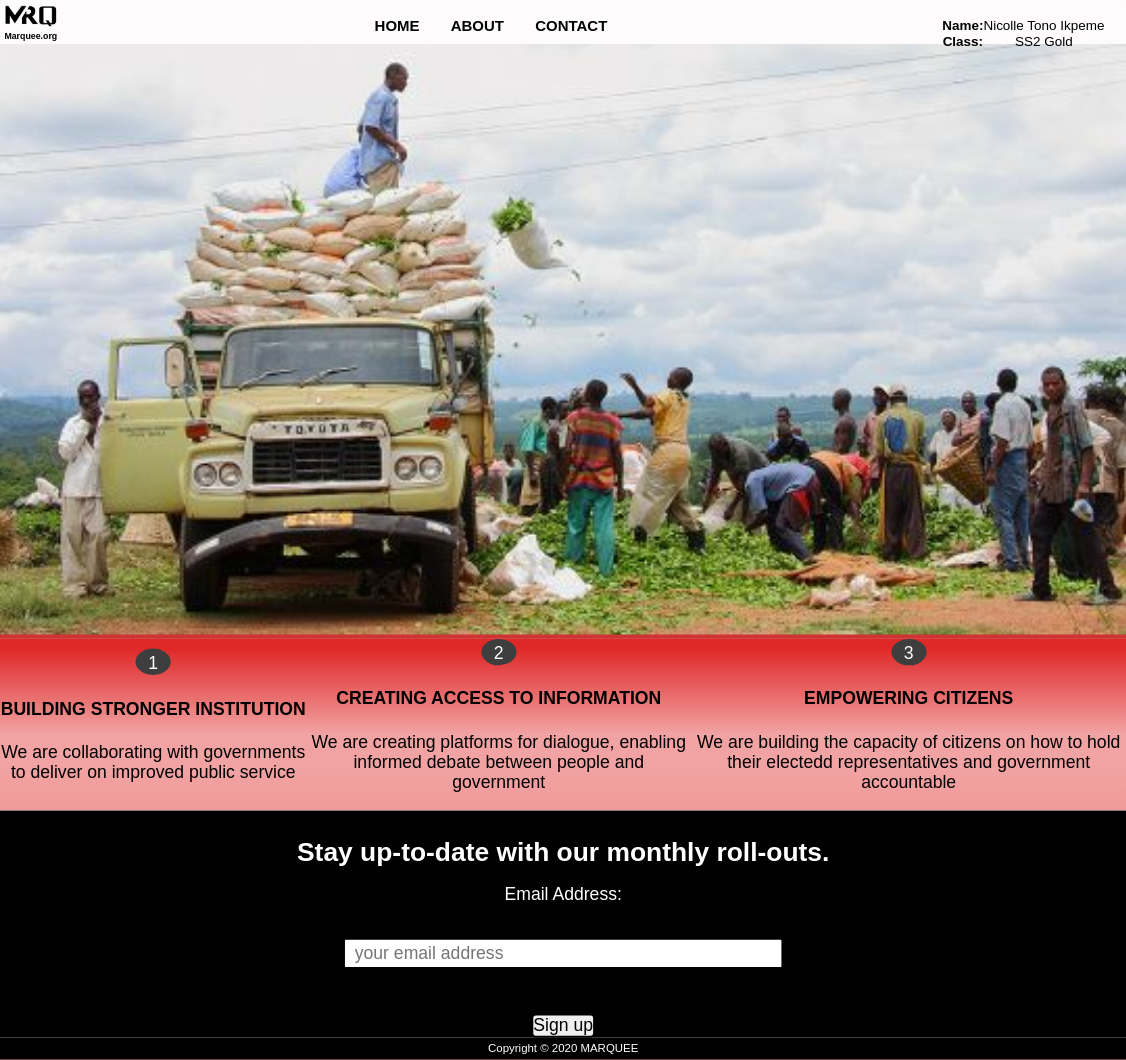
Repository: pboi18/Marquee.org
Page: home.html
The author's editor kept a copy of each file at every save. The page is drawn from the files as they stood at one save, then again after the next save.
The browser window is 1280 px wide. The pictures show the whole page, at 88% of full size.

Above is the page before, as saved 2020-07-11 23:19:09.

### home.html
<!DOCTYPE html>
<html>
    <head>
        <meta charset="utf-8">
        <link rel="icon" type="image/png" sizes="16x16" href="img/logo.png">
        <title>Marquee</title>

        <link rel="stylesheet" href="style.css" >
        <link rel="stylesheet" href="normalize.css">
        <link rel="stylesheet" href="Grid.css">


    </head>

    <body>
        <div class="main">
            <header>
                <nav>
                    <div class="navbar">
                        <div class="logo">
                            <img src="img/logo2.jpg" alt="MARQUEE" style="width: 60px; height: 25px;">
                            <p style="font-weight:bold; font-size: x-small; margin: 0px;">Marquee.org</p>
                        </div>



                        <ul class="main-nav">
                            <li>
                                <a href="home.html">
                                    Home
                                </a>
                            </li>

                            <li>
                                <a href="about.html">
                                    ABOUT
                                </a>
                            </li>

                            <li>
                                <a href="contact.html">
                                    CONTACT
                                </a>
                            </li>

                            <li style="float: right;">
                                <table class="id">
                                    <tr>
                                        <th>Name:</th>
                                        <td> Nicolle Tono Ikpeme</td>
                                    </tr>

                                    <tr>
                                        <th>Class:</th>
                                        <td> SS2 Gold</td>
                                    </tr>

                                </table>
                            </li>

                        </ul>

                        </div>
                </nav>

                <div style="background-color: rgb(206, 52, 52)">
                    <img src="img/home.jpg" alt="Farmers" style="width: 100%; margin: 0px; height: 100%;">
                </div>

                <table class="wup">
                    <tr>
                        <td style="width: auto;" class="span-1-of-3">
                            <div class="cover">
                                <p class="numb">1</p>
                                <h4 style="text-align: center;  ;">BUILDING STRONGER INSTITUTION</h4>
                                <p style="text-align: center; font-size: 20px; ">We are collaborating with governments to deliver on improved public service</p>
                            </div>
                        </td>

                        <td style="width: auto;" class="span-1-of-3">
                            <div class="cover">
                                <p class="numb">2</p>
                                <h4 style="text-align: center;">CREATING ACCESS TO INFORMATION</h4>
                                <p style="text-align: center; font-size: 20px;">We are creating platforms for dialogue, enabling informed debate between people and government</p>
                            </div>
                        </td>

                        <td style="width: auto;" class="span-1-of-3">
                            <div class="cover">
                                <p class="numb">3</p>
                                <h4 style="text-align: center;">EMPOWERING CITIZENS</h4>
                                <p style="text-align: center; font-size: 20px;">We are building the capacity of citizens on how to hold their electedd representatives and government accountable</p>
                            </div>
                        </td>
                    </tr>
                </table>
            </header>

            <section>
                <div class="sec">
                    <h2 style="color: white; padding-top: 30px; padding-bottom: 10px; margin: 0;">Stay up-to-date with our monthly roll-outs.</h2>

                    <form style="text-align: center;">
                    <label style="color: white;">Email Address:</label><br>
                    <input type="email" name="email" placeholder="  your email address" style=" width: 500px; border-radius: 3px; margin: 5px auto;" required><br><br>
                    <button type="submit" value="SIGN UP" name="sign up">Sign up</button>
                    </form>
                </div>
            </section>
        </div>

        <footer>
            <P style="color: white; text-align: center; margin: auto; font-size: small; padding: 5px;">
                Copyright &copy; 2020 MARQUEE
            </P>
        </footer>
    </body>
</html>

### style.css
* {
    margin: o;
    padding: 0;
    box-sizing: border-box;
}

html {
    background-color: #fff;
    max-width: 100%;
    font-size: 20px;
    font-weight: 300;
    font-family: Arial, Helvetica, sans-serif;
    text-rendering: optimizeLegibility;
}



h1 {
    margin: 0;
}

label {
    display: block;
    padding: 10px;
}

input {
    display: block;
    width: 100%;
    height: 35px;
    border-radius: 5px;
    border: 2px #000 solid;
}

button {
    border-radius: 5px;
    border: 2px #000 solid;
}

textarea {
    display: block;
    height: 100px;
    width: 100%;
    border: 2px #000 solid;
    border-radius: 5px;
}
/* header {
    background-image: linear-gradient( rgba(0, 0, 0, 0.4), rgba(0, 0, 0, 0.4)), url(img/home.jpg);
    height: 100vh;
    background-size: cover;
    background-position: center;
} */


.logo {
    height: 40px;
    width: 60px;
    float: left;
    margin: 5px;
}

.main-nav {
    list-style: none;
    margin: auto;
    margin-top: 10px;
    text-align: center;


}

.main-nav li {
    display: inline-block;
    margin: 10px 15px;
    font-size: 85%;

}

.main-nav li a:link,
.main-nav li a:visited {
    color: #000;
    text-decoration: none;
    text-transform: uppercase;
    font-weight: bold;
    padding: 3px 0px;
    border-bottom: 3px solid transparent;
    transition: border-bottom 0.2s;
}

.main-nav li a:hover,
.main-nav li a:active {
    border-bottom: 3px solid rgb(158, 0, 0);
}
.id {
    display: inline;
    padding: 10px;
    font-size: 90%;
}

.navbar {
    height: 50px;
    width: 100%;
    display: inline-block;
    border-radius: 2px;
    box-shadow: 0px 3px -1px 2px rgb(190, 189, 189);
    position: fixed;
    background-color: rgb(253, 251, 251);
}

.navbar2 {
    height: 60px;
    width: 100%;
    display: inline-block;
    border-radius: 2px;
    box-shadow: 1px 1px 3px 2px rgb(20, 20, 20);
    /* position: fixed; */
    background-color: rgb(253, 251, 251);
}

.numb {
    border: solid 5px rgb(63, 62, 62);
    text-align: center;
    width: 40px;
    height: 30px;
    align-self: center;
    border-radius: 50%;
    margin: auto;
    background-color: rgb(63, 62, 62);
    color: white;
}
.wup {
    padding-top: 10px;

    background: linear-gradient(180deg, #DF2828 5.21%, rgba(223, 40, 40, 0.427083) 55.73%, rgba(223, 40, 40, 0.427083) 64.06%, rgba(223, 40, 40, 0.427083) 73.44%, rgba(222, 17, 17, 0.427083) 100%, rgba(170, 77, 77, 0) 100%);
}

.cover {
    border-radius: 5px;
    margin: auto;
}

.sec {
    background-color: black;
    width: 100%;
    text-align: center;
    margin-bottom: 20px #000;
}



main {
    margin: auto;
    margin-bottom: 30px;
}

.con {
    width: 90%;
    margin: auto;
    margin-bottom: 50px;
}
.contact {
    text-align: center;
    margin: auto;
    margin-bottom: 50px;
}
.image {
    width: 550px;
    height: 500px;
    float: left;
}

.form2 {
    float: right;
    text-align: left;
    font-size: 85%;
    font-weight: bold;
}

footer {
    background-color: #000;
}

### Grid.css

/*  SECTIONS  ============================================================================= */

.section {
	clear: both;
	padding: 0px;
	margin: 0px;
}

/*  GROUPING  ============================================================================= */

.row {
    zoom: 1; /* For IE 6/7 (trigger hasLayout) */
}

.row:before,
.row:after {
    content:"";
    display:table;
}
.row:after {
    clear:both;
}

/*  GRID COLUMN SETUP   ==================================================================== */

.col {
	display: block;
	float:left;
	margin: 1% 0 1% 1.6%;
}

.col:first-child { margin-left: 0; } /* all browsers except IE6 and lower */


/*  REMOVE MARGINS AS ALL GO FULL WIDTH AT 480 PIXELS */

@media only screen and (max-width: 480px) {
	.col {
		/*margin: 1% 0 1% 0%;*/
        margin: 0;
	}
}


/*  GRID OF TWO   ============================================================================= */


.span-2-of-2 {
	width: 100%;
}

.span-1-of-2 {
	width: 49.2%;
}

/*  GO FULL WIDTH AT LESS THAN 480 PIXELS */

@media only screen and (max-width: 480px) {
	.span-2-of-2 {
		width: 100%;
	}
	.span-1-of-2 {
		width: 100%;
	}
}


/*  GRID OF THREE   ============================================================================= */


.span-3-of-3 {
	width: 100%;
}

.span-2-of-3 {
	width: 66.13%;
}

.span-1-of-3 {
	width: 32.26%;
}


/*  GO FULL WIDTH AT LESS THAN 480 PIXELS */

@media only screen and (max-width: 480px) {
	.span-3-of-3 {
		width: 100%;
	}
	.span-2-of-3 {
		width: 100%;
	}
	.span-1-of-3 {
		width: 100%;
	}
}

/*  GRID OF FOUR   ============================================================================= */


.span-4-of-4 {
	width: 100%;
}

.span-3-of-4 {
	width: 74.6%;
}

.span-2-of-4 {
	width: 49.2%;
}

.span-1-of-4 {
	width: 23.8%;
}


/*  GO FULL WIDTH AT LESS THAN 480 PIXELS */

@media only screen and (max-width: 480px) {
	.span-4-of-4 {
		width: 100%;
	}
	.span-3-of-4 {
		width: 100%;
	}
	.span-2-of-4 {
		width: 100%;
	}
	.span-1-of-4 {
		width: 100%;
	}
}


/*  GRID OF FIVE   ============================================================================= */


.span-5-of-5 {
	width: 100%;
}

.span-4-of-5 {
  	width: 79.68%;
}

.span-3-of-5 {
  	width: 59.36%;
}

.span-2-of-5 {
  	width: 39.04%;
}

.span-1-of-5 {
  	width: 18.72%;
}


/*  GO FULL WIDTH AT LESS THAN 480 PIXELS */

@media only screen and (max-width: 480px) {
	.span-5-of-5 {
		width: 100%;
	}
	.span-4-of-5 {
		width: 100%;
	}
	.span-3-of-5 {
		width: 100%;
	}
	.span-2-of-5 {
		width: 100%;
	}
	.span-1-of-5 {
		width: 100%;
	}
}


/*  GRID OF SIX   ============================================================================= */


.span-6-of-6 {
	width: 100%;
}

.span-5-of-6 {
  	width: 83.06%;
}

.span-4-of-6 {
  	width: 66.13%;
}

.span-3-of-6 {
  	width: 49.2%;
}

.span-2-of-6 {
  	width: 32.26%;
}

.span-1-of-6 {
  	width: 15.33%;
}


/*  GO FULL WIDTH AT LESS THAN 480 PIXELS */

@media only screen and (max-width: 480px) {
	.span-6-of-6 {
		width: 100%;
	}
	.span-5-of-6 {
		width: 100%;
	}
	.span-4-of-6 {
		width: 100%;
	}
	.span-3-of-6 {
		width: 100%;
	}
	.span-2-of-6 {
		width: 100%;
	}
	.span-1-of-6 {
		width: 100%;
	}
}



/*  GRID OF SEVEN   ============================================================================= */


.span-7-of-7 {
	width: 100%;
}

.span-6-of-7 {
	width: 85.48%;
}

.span-5-of-7 {
  	width: 70.97%;
}

.span-4-of-7 {
  	width: 56.45%;
}

.span-3-of-7 {
  	width: 41.94%;
}

.span-2-of-7 {
  	width: 27.42%;
}

.span-1-of-7 {
  	width: 12.91%;
}


/*  GO FULL WIDTH AT LESS THAN 480 PIXELS */

@media only screen and (max-width: 480px) {
	.span-7-of-7 {
		width: 100%;
	}
	.span-6-of-7 {
		width: 100%;
	}
	.span-5-of-7 {
		width: 100%;
	}
	.span-4-of-7 {
		width: 100%;
	}
	.span-3-of-7 {
		width: 100%;
	}
	.span-2-of-7 {
		width: 100%;
	}
	.span-1-of-7 {
		width: 100%;
	}
}


/*  GRID OF EIGHT   ============================================================================= */


.span-8-of-8 {
	width: 100%;
}

.span-7-of-8 {
	width: 87.3%;
}

.span-6-of-8 {
	width: 74.6%;
}

.span-5-of-8 {
	width: 61.9%;
}

.span-4-of-8 {
	width: 49.2%;
}

.span-3-of-8 {
	width: 36.5%;
}

.span-2-of-8 {
	width: 23.8%;
}

.span-1-of-8 {
	width: 11.1%;
}


/*  GO FULL WIDTH AT LESS THAN 480 PIXELS */

@media only screen and (max-width: 480px) {
	.span-8-of-8 {
		width: 100%;
	}
	.span-7-of-8 {
		width: 100%;
	}
	.span-6-of-8 {
		width: 100%;
	}
	.span-5-of-8 {
		width: 100%;
	}
	.span-4-of-8 {
		width: 100%;
	}
	.span-3-of-8 {
		width: 100%;
	}
	.span-2-of-8 {
		width: 100%;
	}
	.span-1-of-8 {
		width: 100%;
	}
}


/*  GRID OF NINE   ============================================================================= */


.span-9-of-9 {
	width: 100%;
}

.span-8-of-9 {
	width: 88.71%;
}

.span-7-of-9 {
	width: 77.42%;
}

.span-6-of-9 {
	width: 66.13%;
}

.span-5-of-9 {
	width: 54.84%;
}

.span-4-of-9 {
	width: 43.55%;
}

.span-3-of-9 {
	width: 32.26%;
}

.span-2-of-9 {
	width: 20.97%;
}

.span-1-of-9 {
	width: 9.68%;
}


/*  GO FULL WIDTH AT LESS THAN 480 PIXELS */

@media only screen and (max-width: 480px) {
	.span-9-of-9 {
		width: 100%;
	}
	.span-8-of-9 {
		width: 100%;
	}
	.span-7-of-9 {
		width: 100%;
	}
	.span-6-of-9 {
		width: 100%;
	}
	.span-5-of-9 {
		width: 100%;
	}
	.span-4-of-9 {
		width: 100%;
	}
	.span-3-of-9 {
		width: 100%;
	}
	.span-2-of-9 {
		width: 100%;
	}
	.span-1-of-9 {
		width: 100%;
	}
}


/*  GRID OF TEN   ============================================================================= */


.span-10-of-10 {
	width: 100%;
}

.span-9-of-10 {
	width: 89.84%;
}

.span-8-of-10 {
	width: 79.68%;
}

.span-7-of-10 {
	width: 69.52%;
}

.span-6-of-10 {
	width: 59.36%;
}

.span-5-of-10 {
	width: 49.2%;
}

.span-4-of-10 {
	width: 39.04%;
}

.span-3-of-10 {
	width: 28.88%;
}

.span-2-of-10 {
	width: 18.72%;
}

.span-1-of-10 {
	width: 8.56%;
}


/*  GO FULL WIDTH AT LESS THAN 480 PIXELS */

@media only screen and (max-width: 480px) {
	.span-10-of-10 {
		width: 100%;
	}
	.span-9-of-10 {
		width: 100%;
	}
	.span-8-of-10 {
		width: 100%;
	}
	.span-7-of-10 {
		width: 100%;
	}
	.span-6-of-10 {
		width: 100%;
	}
	.span-5-of-10 {
		width: 100%;
	}
	.span-4-of-10 {
		width: 100%;
	}
	.span-3-of-10 {
		width: 100%;
	}
	.span-2-of-10 {
		width: 100%;
	}
	.span-1-of-10 {
		width: 100%;
	}
}


/*  GRID OF ELEVEN   ============================================================================= */

.span-11-of-11 {
	width: 100%;
}

.span-10-of-11 {
	width: 90.76%;
}

.span-9-of-11 {
	width: 81.52%;
}

.span-8-of-11 {
	width: 72.29%;
}

.span-7-of-11 {
	width: 63.05%;
}

.span-6-of-11 {
	width: 53.81%;
}

.span-5-of-11 {
	width: 44.58%;
}

.span-4-of-11 {
	width: 35.34%;
}

.span-3-of-11 {
	width: 26.1%;
}

.span-2-of-11 {
	width: 16.87%;
}

.span-1-of-11 {
	width: 7.63%;
}


/*  GO FULL WIDTH AT LESS THAN 480 PIXELS */

@media only screen and (max-width: 480px) {
	.span-11-of-11 {
		width: 100%;
	}
	.span-10-of-11 {
		width: 100%;
	}
	.span-9-of-11 {
		width: 100%;
	}
	.span-8-of-11 {
		width: 100%;
	}
	.span-7-of-11 {
		width: 100%;
	}
	.span-6-of-11 {
		width: 100%;
	}
	.span-5-of-11 {
		width: 100%;
	}
	.span-4-of-11 {
		width: 100%;
	}
	.span-3-of-11 {
		width: 100%;
	}
	.span-2-of-11 {
		width: 100%;
	}
	.span-1-of-11 {
		width: 100%;
	}
}


/*  GRID OF TWELVE   ============================================================================= */

.span-12-of-12 {
	width: 100%;
}

.span-11-of-12 {
	width: 91.53%;
}

.span-10-of-12 {
	width: 83.06%;
}

.span-9-of-12 {
	width: 74.6%;
}

.span-8-of-12 {
	width: 66.13%;
}

.span-7-of-12 {
	width: 57.66%;
}

.span-6-of-12 {
	width: 49.2%;
}

.span-5-of-12 {
	width: 40.73%;
}

.span-4-of-12 {
	width: 32.26%;
}

.span-3-of-12 {
	width: 23.8%;
}

.span-2-of-12 {
	width: 15.33%;
}

.span-1-of-12 {
	width: 6.86%;
}


/*  GO FULL WIDTH AT LESS THAN 480 PIXELS */

@media only screen and (max-width: 480px) {
	.span-12-of-12 {
		width: 100%;
	}
	.span-11-of-12 {
		width: 100%;
	}
	.span-10-of-12 {
		width: 100%;
	}
	.span-9-of-12 {
		width: 100%;
	}
	.span-8-of-12 {
		width: 100%;
	}
	.span-7-of-12 {
		width: 100%;
	}
	.span-6-of-12 {
		width: 100%;
	}
	.span-5-of-12 {
		width: 100%;
	}
	.span-4-of-12 {
		width: 100%;
	}
	.span-3-of-12 {
		width: 100%;
	}
	.span-2-of-12 {
		width: 100%;
	}
	.span-1-of-12 {
		width: 100%;
	}
}

Loaded but not shown: normalize.css (library)

After the next save:
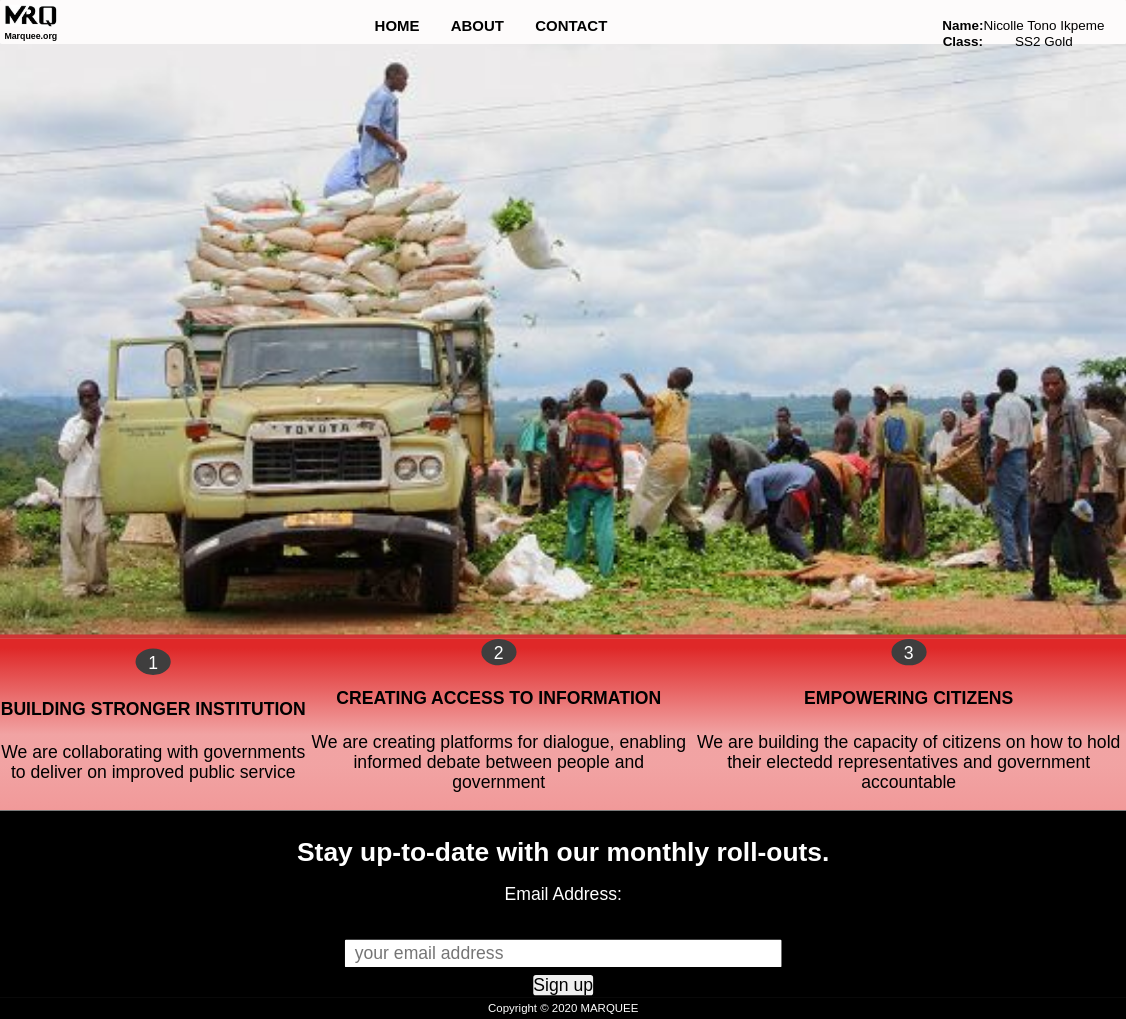
Saved 27 s later.
--- a/home.html
+++ b/home.html
@@ -102,7 +102,7 @@
 
                     <form style="text-align: center;">
                     <label style="color: white;">Email Address:</label><br>
-                    <input type="email" name="email" placeholder="  your email address" style=" width: 500px; border-radius: 3px; margin: 5px auto;" required><br><br>
+                    <input type="email" name="email" placeholder="  your email address" style=" width: 500px; border-radius: 3px; margin: 5px auto;" required>
                     <button type="submit" value="SIGN UP" name="sign up">Sign up</button>
                     </form>
                 </div>
